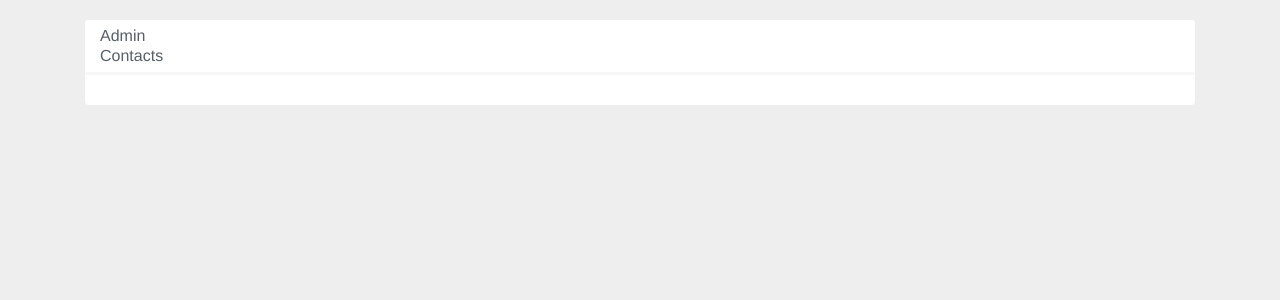
Repository: Tanmay-Kayande/Myportfolio
Page: http://localhost/myproject/read-message.jsp
The author's editor kept a copy of each file at every save. The page is drawn from the files as they stood at one save, then again after the next save.
The browser window is 1280 px wide. The pictures show the whole page.
Some web libraries are served in a nearby version. The page is served by Tomcat 9. The session is filled in as if someone had signed in: {"login": "exist"}.

Above is the page before, as saved 2024-02-13 13:30:17.

After the next save:
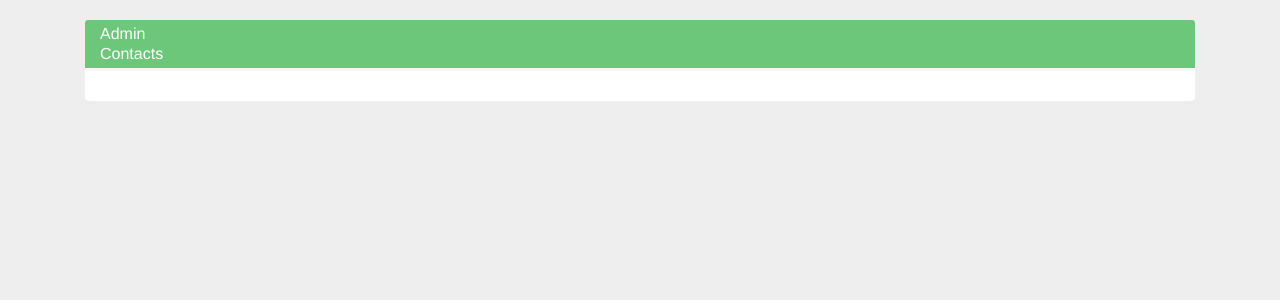
Saved 5 s later.
--- a/myproject/src/main/webapp/read-message.jsp
+++ b/myproject/src/main/webapp/read-message.jsp
@@ -1,4 +1,3 @@
-
 <%@page import="com.pojo.MessagePojo"%>
 <%@page import="com.dao.MessageDao"%>
 <%
@@ -20,9 +19,7 @@
 
 <title>contacts card - Bootdey.com</title>
 <meta name="viewport" content="width=device-width, initial-scale=1">
-<link
-	href="https://netdna.bootstrapcdn.com/bootstrap/3.3.2/css/bootstrap.min.css"
-	rel="stylesheet">
+<link href="https://netdna.bootstrapcdn.com/bootstrap/3.3.2/css/bootstrap.min.css" rel="stylesheet">
 <style type="text/css">
 body {
 	margin-top: 20px;
@@ -35,9 +32,10 @@
 	box-shadow: none;
 }
 
-.profile .panel-heading {
-	color: #585f69;
-	background: #fff;
+/* Modified panel-heading class */
+.panel-heading {
+	color: #fff;
+	background: #6dc77a; /* Green background color */
 	padding: 7px 15px;
 	border-bottom: solid 3px #f7f7f7;
 }
@@ -115,9 +113,7 @@
 	margin-right: 5px;
 }
 </style>
-<link
-	href="//maxcdn.bootstrapcdn.com/font-awesome/4.3.0/css/font-awesome.min.css"
-	rel="stylesheet">
+<link href="//maxcdn.bootstrapcdn.com/font-awesome/4.3.0/css/font-awesome.min.css" rel="stylesheet">
 </head>
 <body>
 	<div class="container profile">
@@ -181,7 +177,7 @@
 								<form action="Message" method="post" onsubmit="return ensure()">
 									<input type="hidden" name="check" value="delete">
 									<input type="hidden" name="sn" value="<%=m.getSn() %>">
-									<button>delete</button>
+									<button class="btn btn-danger btn-xs" type="submit">Delete</button>
 								</form>
 							</div>
 							<i class="fa-sharp fa-regular fa-calendar-days"></i>
@@ -197,11 +193,3 @@
 			</div>
 		</div>
 	</div>
-	<script src="https://code.jquery.com/jquery-1.10.2.min.js"></script>
-	<script
-		src="https://netdna.bootstrapcdn.com/bootstrap/3.3.2/js/bootstrap.min.js"></script>
-	<script type="text/javascript">
-
-	</script>
-</body>
-</html>

After the save that followed:
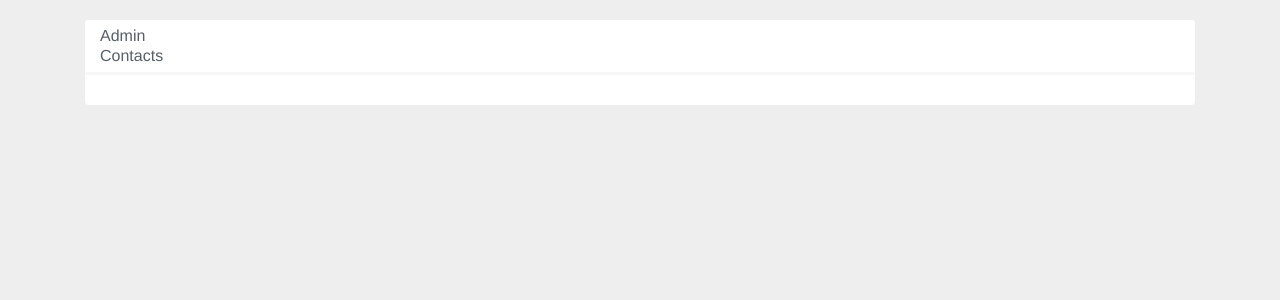
Saved 2 min 6 s later.
--- a/myproject/src/main/webapp/read-message.jsp
+++ b/myproject/src/main/webapp/read-message.jsp
@@ -1,3 +1,4 @@
+
 <%@page import="com.pojo.MessagePojo"%>
 <%@page import="com.dao.MessageDao"%>
 <%
@@ -19,7 +20,9 @@
 
 <title>contacts card - Bootdey.com</title>
 <meta name="viewport" content="width=device-width, initial-scale=1">
-<link href="https://netdna.bootstrapcdn.com/bootstrap/3.3.2/css/bootstrap.min.css" rel="stylesheet">
+<link
+	href="https://netdna.bootstrapcdn.com/bootstrap/3.3.2/css/bootstrap.min.css"
+	rel="stylesheet">
 <style type="text/css">
 body {
 	margin-top: 20px;
@@ -32,10 +35,9 @@
 	box-shadow: none;
 }
 
-/* Modified panel-heading class */
-.panel-heading {
-	color: #fff;
-	background: #6dc77a; /* Green background color */
+.profile .panel-heading {
+	color: #585f69;
+	background: #fff;
 	padding: 7px 15px;
 	border-bottom: solid 3px #f7f7f7;
 }
@@ -113,7 +115,9 @@
 	margin-right: 5px;
 }
 </style>
-<link href="//maxcdn.bootstrapcdn.com/font-awesome/4.3.0/css/font-awesome.min.css" rel="stylesheet">
+<link
+	href="//maxcdn.bootstrapcdn.com/font-awesome/4.3.0/css/font-awesome.min.css"
+	rel="stylesheet">
 </head>
 <body>
 	<div class="container profile">
@@ -177,7 +181,7 @@
 								<form action="Message" method="post" onsubmit="return ensure()">
 									<input type="hidden" name="check" value="delete">
 									<input type="hidden" name="sn" value="<%=m.getSn() %>">
-									<button class="btn btn-danger btn-xs" type="submit">Delete</button>
+									<button>delete</button>
 								</form>
 							</div>
 							<i class="fa-sharp fa-regular fa-calendar-days"></i>
@@ -193,3 +197,11 @@
 			</div>
 		</div>
 	</div>
+	<script src="https://code.jquery.com/jquery-1.10.2.min.js"></script>
+	<script
+		src="https://netdna.bootstrapcdn.com/bootstrap/3.3.2/js/bootstrap.min.js"></script>
+	<script type="text/javascript">
+
+	</script>
+</body>
+</html>
